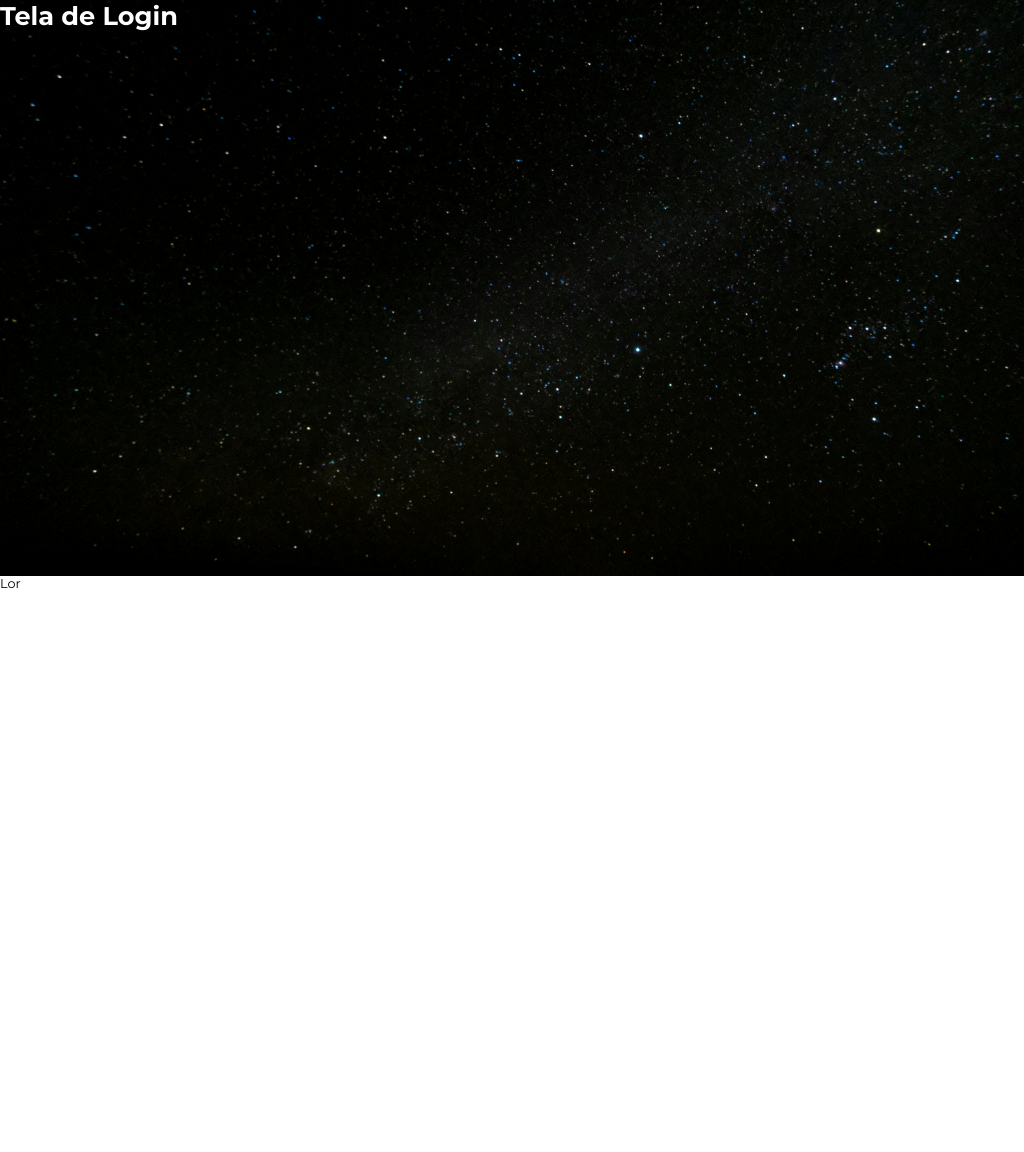
Repository: joao-paulo-paiva/tela-login
Page: index.html
An editor plug-in stored every save of this project. The page is shown before and after the next save, followed by the edit.
The browser window is 1280 px wide. The pictures show the whole page, at 80% of full size.

Above is the page before, as saved 2025-04-15 10:27:27.

### index.html
<!DOCTYPE html>
<html lang="pt-br">
<head>
    <meta charset="UTF-8">
    <meta name="viewport" content="width=device-width, initial-scale=1.0">
    <title>Tela de Loging</title>
    <link rel="stylesheet" href="style.css">
    <link rel="preconnect" href="https://fonts.googleapis.com">
    <link rel="preconnect" href="https://fonts.gstatic.com" crossorigin>
    <link href="https://fonts.googleapis.com/css2?family=DM+Sans:ital,opsz,wght@0,9..40,100..1000;1,9..40,100..1000&family=Montserrat:ital,wght@0,100..900;1,100..900&display=swap" rel="stylesheet">
</head>
<body>
    <main>
        <div class="container-main">
            <div class="container-esquerda">
                <h1>Tela de Login</h1>
                <p>Lor</p>
            </div>
        </div>
    </main>
</body>
</html>

### style.css
*{
    margin: 0;
    padding: 0;
    box-sizing: border-box;
    height: 100vh;
    width: 100%;
    font-family: "Montserrat", sans-serif;
}

main{
    background-image: url(/imagens/pexels-francesco-ungaro-998641.jpg);
    background-size: cover;
    background-position: center;
    background-repeat: no-repeat;
}

h1{
    color: white;
}

After the next save:
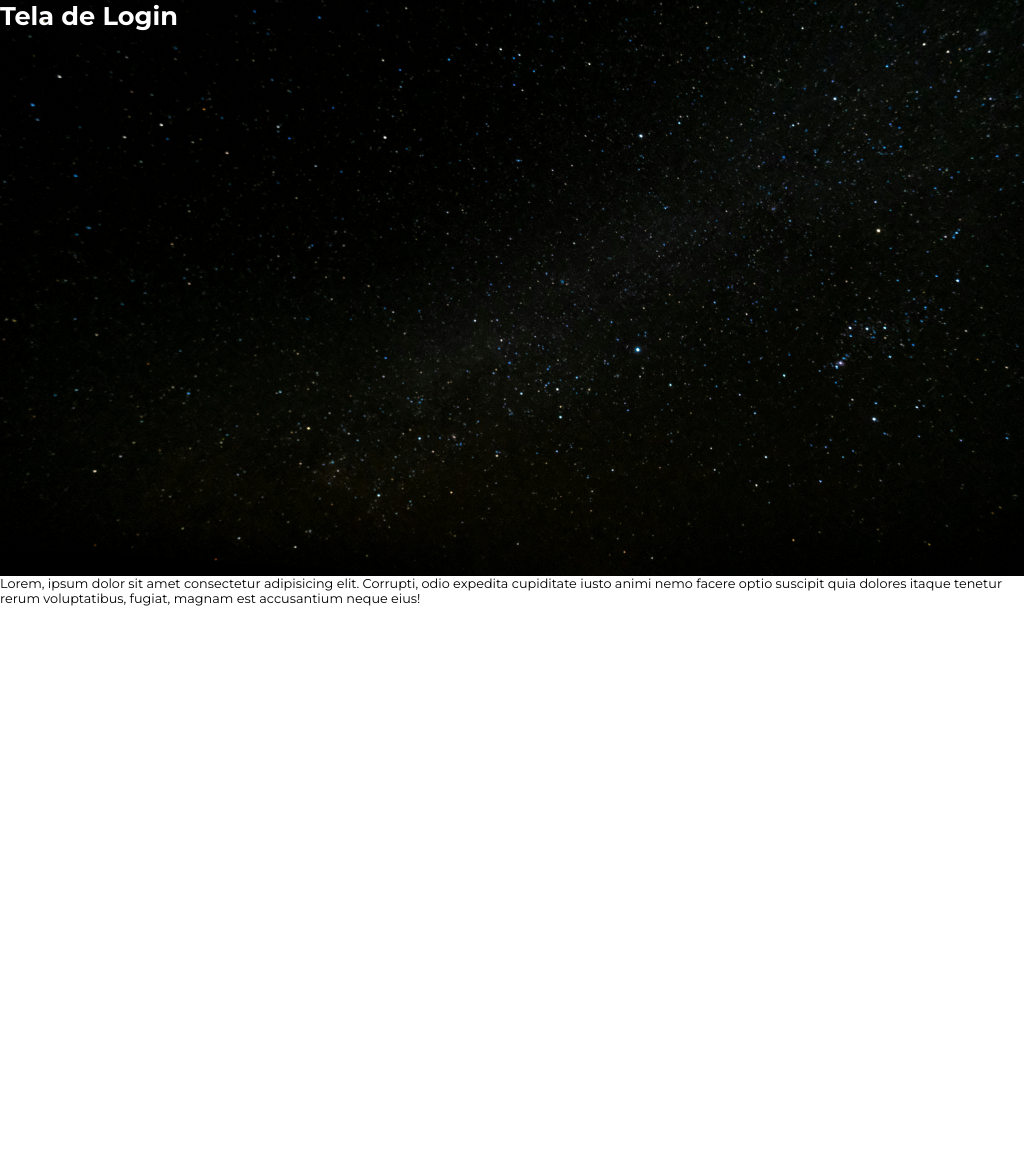
Saved 17 s later.
--- a/index.html
+++ b/index.html
@@ -14,7 +14,7 @@
         <div class="container-main">
             <div class="container-esquerda">
                 <h1>Tela de Login</h1>
-                <p>Lor</p>
+                <p>Lorem, ipsum dolor sit amet consectetur adipisicing elit. Corrupti, odio expedita cupiditate iusto animi nemo facere optio suscipit quia dolores itaque tenetur rerum voluptatibus, fugiat, magnam est accusantium neque eius!</p>
             </div>
         </div>
     </main>
